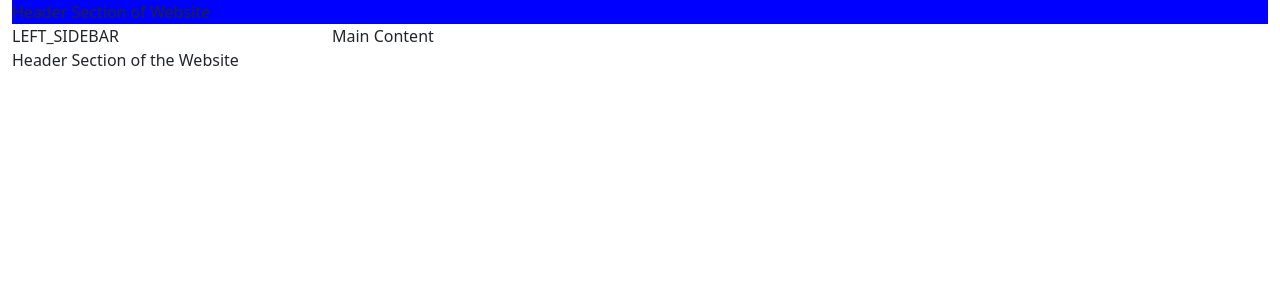
Repository: Dayvid0/BOOTSTRAP-TUTORIALS
Page: BOOTSTRAP-GRID-LAYOUTS/index.html
The author's editor kept a copy of each file at every save. The page is drawn from the files as they stood at one save, then again after the next save.
The browser window is 1280 px wide. The pictures show the whole page.

Above is the page before, as saved 2025-01-24 10:16:10.

### BOOTSTRAP-GRID-LAYOUTS/index.html
<!doctype html>
<html lang="en">
  <head>
    <!-- Required meta tags -->
    <meta charset="utf-8">
    <meta name="viewport" content="width=device-width, initial-scale=1">
    <!-- Bootstrap CSS -->
    <link href="https://cdn.jsdelivr.net/npm/bootstrap@5.0.2/dist/css/bootstrap.min.css" rel="stylesheet" integrity="sha384-EVSTQN3/azprG1Anm3QDgpJLIm9Nao0Yz1ztcQTwFspd3yD65VohhpuuCOmLASjC" crossorigin="anonymous">
    <link rel="stylesheet" href="./style.css">
    <title>Hello, world!</title>
  </head>
  <body>
  <div class="container-fluid">
    <div class="header">
      Header Section of Website
    </div>
    <div class="content">
      <div class="row">
        <div class="col-3 sidebar">
          LEFT_SIDEBAR
        </div>
        <div class="col-9 main-content">
          Main Content
      </div>
    </div>
  </div>
  <div class="footer">
    Header Section of the Website
  </div>
    <script src="https://cdn.jsdelivr.net/npm/bootstrap@5.0.2/dist/js/bootstrap.bundle.min.js" integrity="sha384-MrcW6ZMFYlzcLA8Nl+NtUVF0sA7MsXsP1UyJoMp4YLEuNSfAP+JcXn/tWtIaxVXM" crossorigin="anonymous"></script>
  </body>
</html>

### BOOTSTRAP-GRID-LAYOUTS/style.css
.header {
  background-color: blue;
}

After the next save:
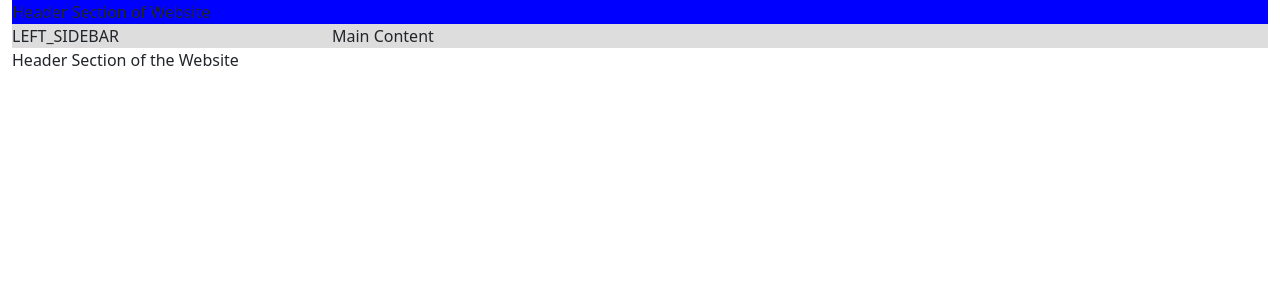
Saved 65 s later.
--- a/BOOTSTRAP-GRID-LAYOUTS/style.css
+++ b/BOOTSTRAP-GRID-LAYOUTS/style.css
@@ -1,3 +1,9 @@
 .header {
   background-color: blue;
 }
+.content {
+  background-color: #ddd;
+}
+.footer {
+  background-color: rgba(red, green, blue, alpha);
+}
